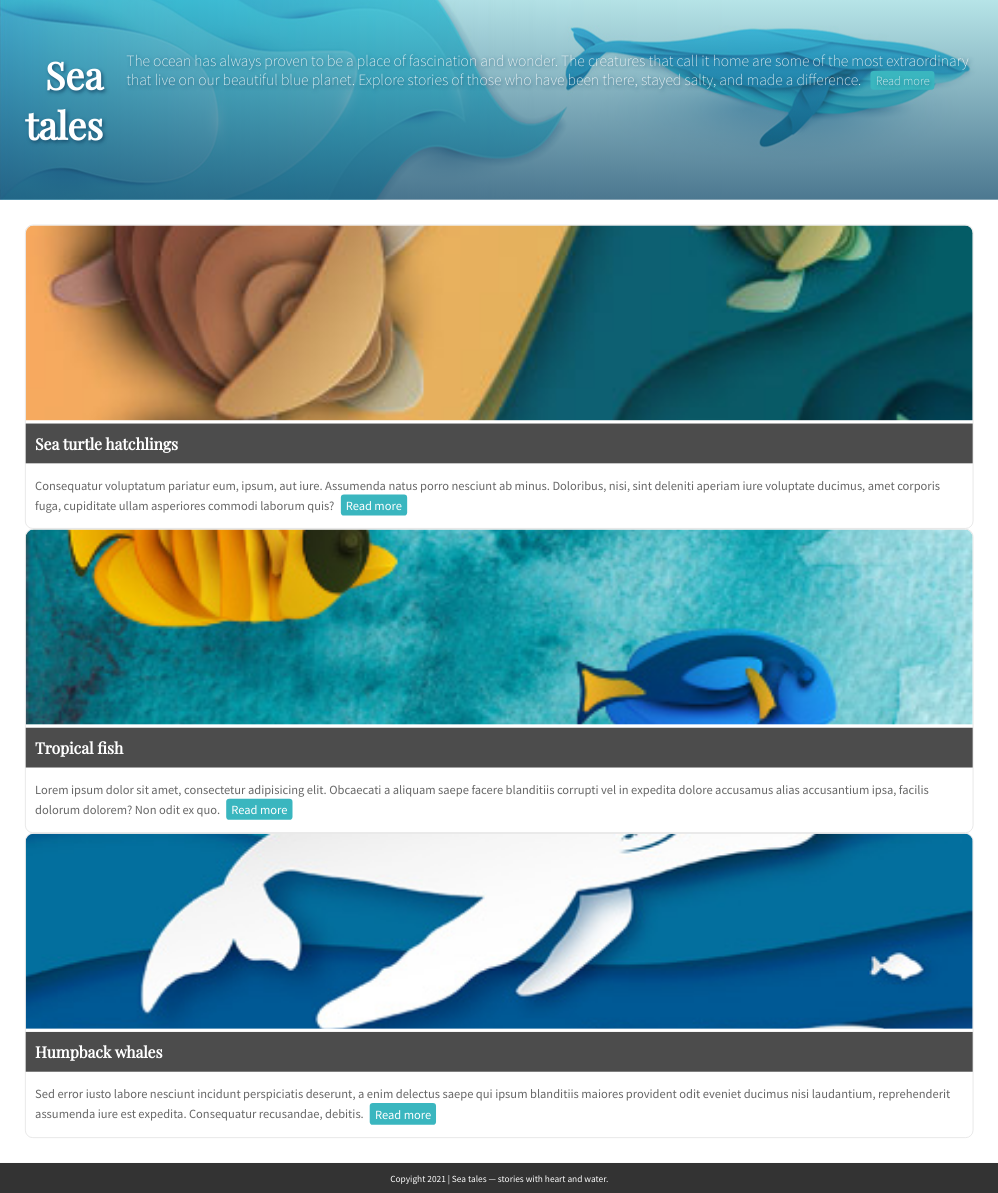
Repository: mariocapitbrok/css-combining-grid-and-flexbox-0305
Page: index.html
An editor plug-in stored every save of this project. The page is shown before and after the next save, followed by the edit.
The browser window is 1280 px wide. The pictures show the whole page, at 78% of full size.

Above is the page before, as saved 2022-10-07 13:51:27.

After the next save:
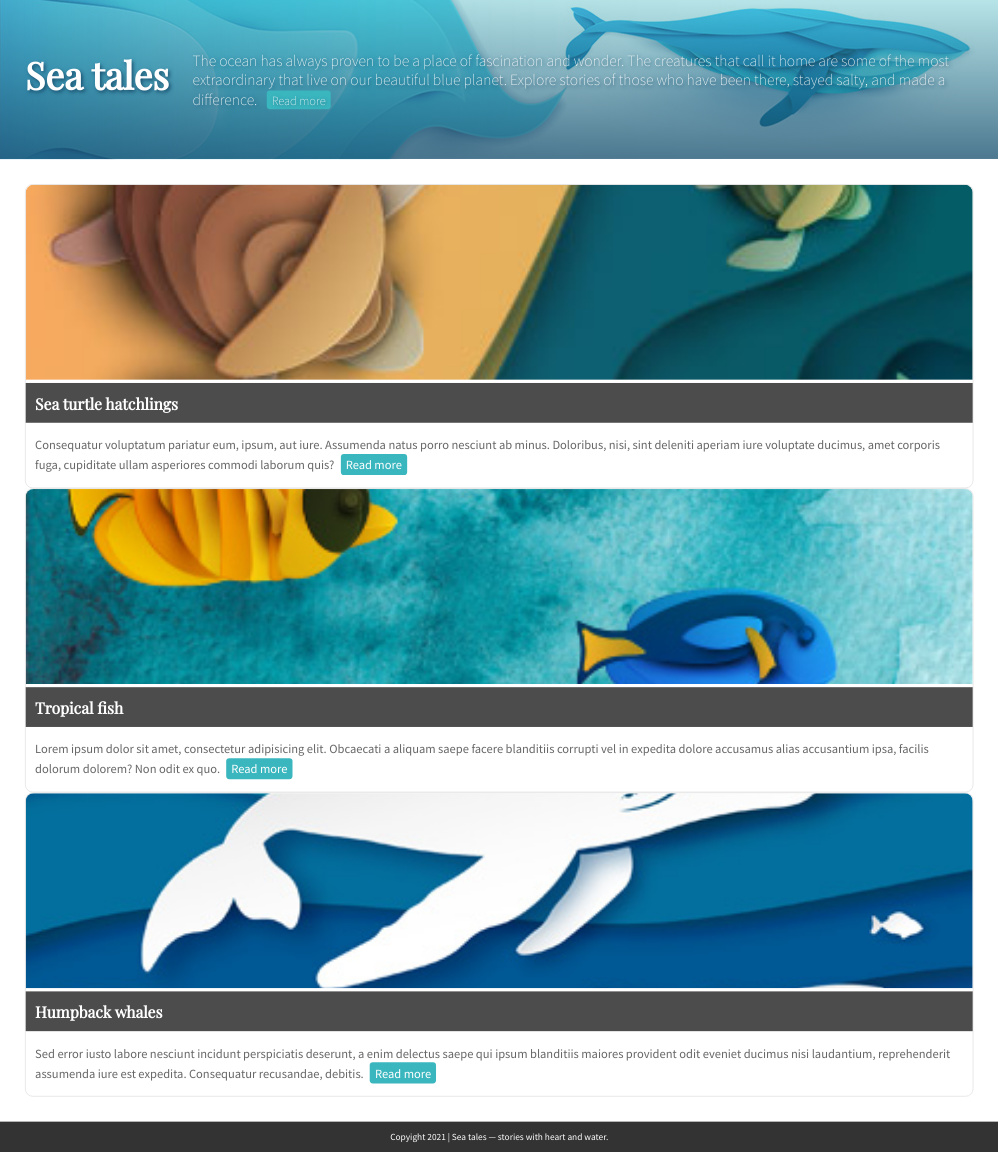
Saved 38 s later.
--- a/styles/base.css
+++ b/styles/base.css
@@ -116,11 +116,10 @@ footer {
         text-align: right;
         max-width: 50%;
         margin-left: auto;
-        flex: 1;
     }
 
     .hero p {
-
+        flex: 1;
     }
 
     .stories {
